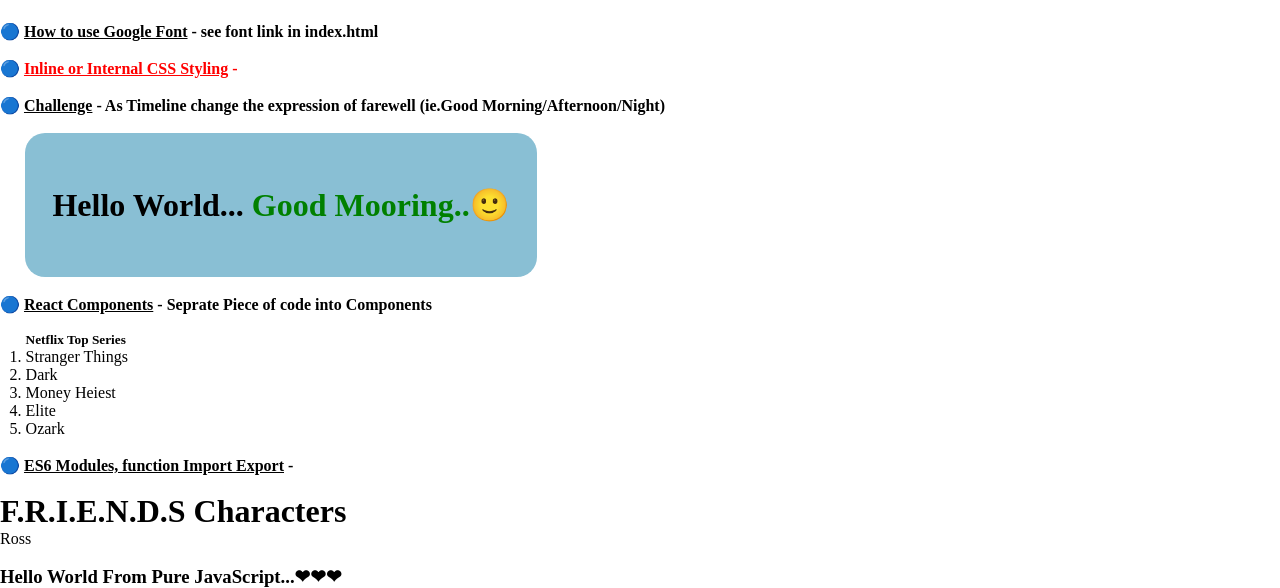
Repository: AalokJadhav/Being_ReactJS
Page: /
An editor plug-in stored every save of this project. The page is shown before and after the next save, followed by the edit.
The browser window is 1280 px wide. The pictures show the part of the page from y = 620 to 1208 px (the page is 1208 px tall).
The project was rebuilt for these pictures with package versions that can differ from the ones it lists, and the page was loaded fresh each time.

Above is the page before, as saved 2021-10-16 00:22:12.

After the next save:
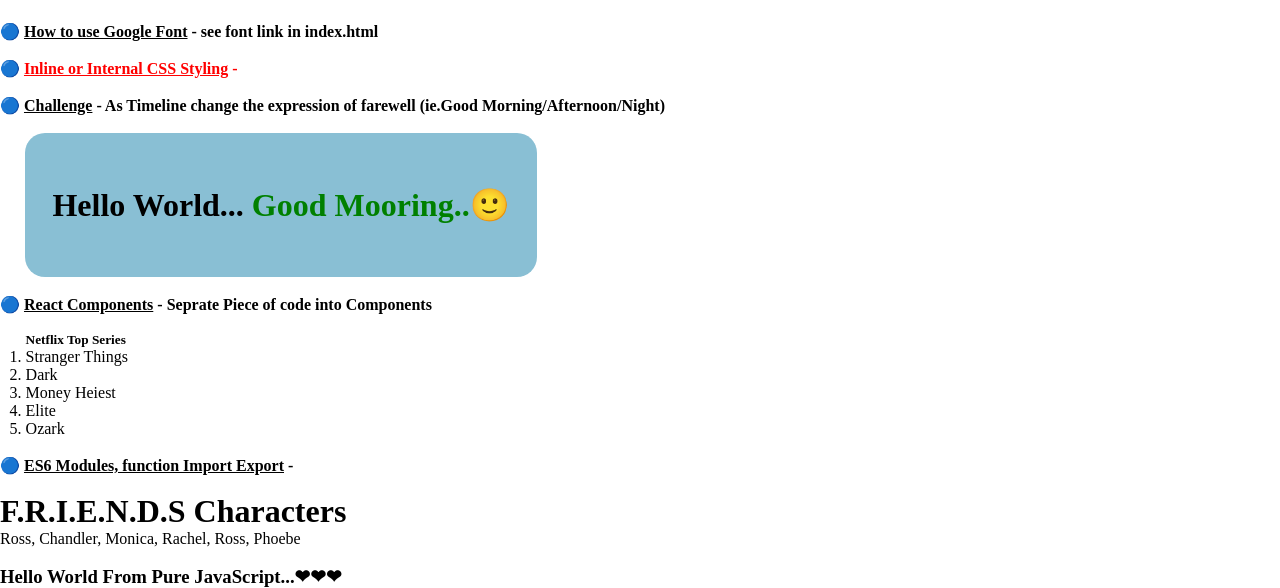
Saved 24 s later.
--- a/src/App.js
+++ b/src/App.js
@@ -2,7 +2,7 @@ import React from "react";
 import Heading from "./Heading";
 import List from "./List";
 
-const Characters = 'Ross';
+const Characters = 'Ross, Chandler, Monica, Rachel, Ross, Phoebe'
 
 function App() {
 
